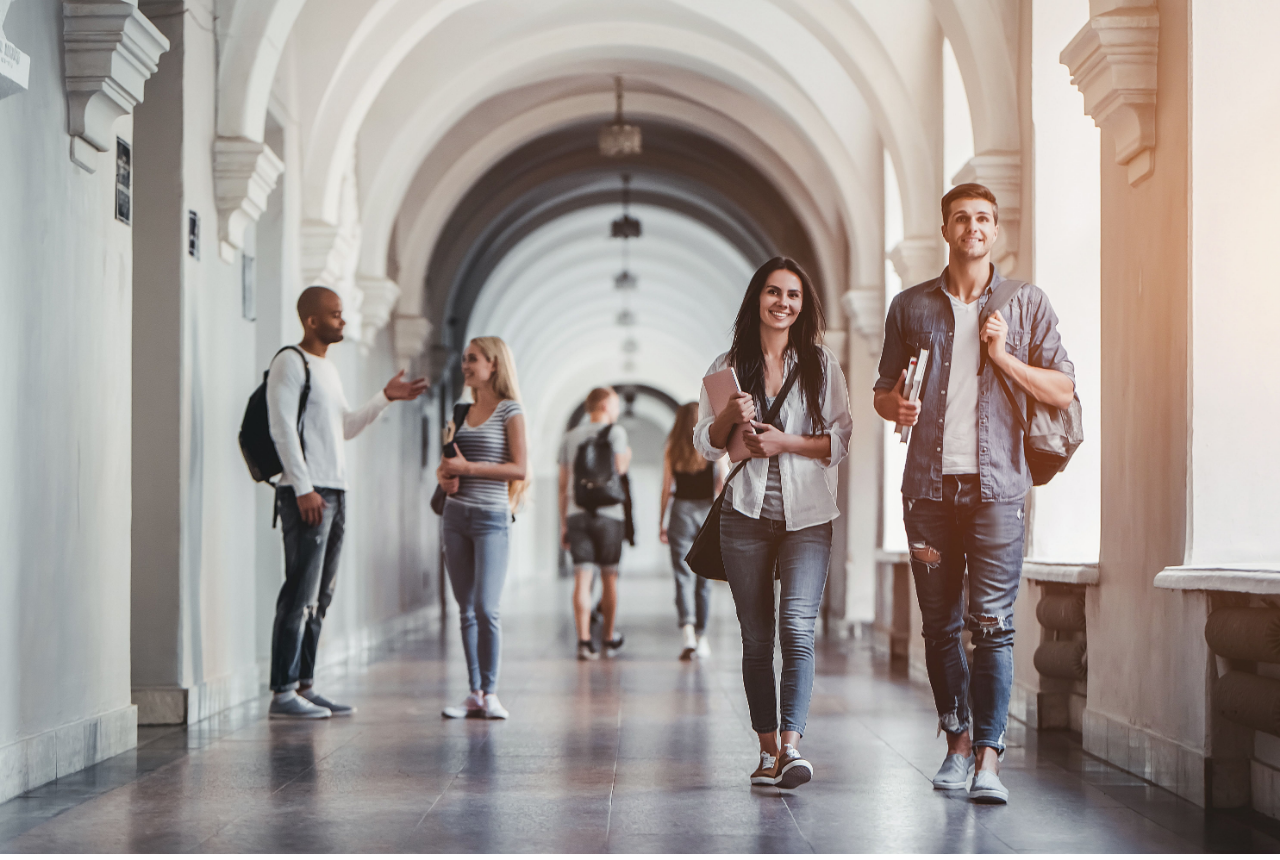
Repository: Burai919/samurai_HTML-CSS
Page: index3.html/home.html
The author's editor kept a record of every edit. The page is drawn from the files as they stood at one moment, then again after the next edit.
The browser window is 1280 px wide. The pictures show the whole page.

Above is the page before.

### index3.html/home.html
<!DOCTYPE html>
<html lang=" ja">
  <head>
    <meta charest="UTF-8">
    <title>HTML/CSSの学習</title>
    <link rel="stylesheet" href="stylesheet.css">
  </head>
  <body>
      <div id="header">
          <h1><a href="index.html"><img id="corridor" src="images/corridor.jpg" alt="大学の廊下" /></a></h1>

          </h1>
      </div>
    <div id="wrapper">
  </div>
 </body>
</html>

### index3.html/stylesheet.css
@charest "utf-8";

body {
      margin: 0;
      padding: 0;
      font-family: "ヒラギノ角ゴ　pro W3", "Hiragino Kaku Gothic Pro", "メイリオ", Meiryo, Osaka, "ＭＳ Ｐゴシック", "MS PGothic", sans-serif;
      color: #333;
      font-size: 13px;
      line-height: 150%;
}
/*---------------------wraper-----------------------------*/

#wraper {
      width: 100%;
      margin: auto;
      padding: 0px;
      border: 0px;
      background-color:#FFF;
      top: 10px;
      position: relative;
}

 /* -------------------- header -------------------- */
 #header {
 	width: 100%;
 }
 #header h1 {
 	 margin: 0;
	 padding: 0;
 }

 #corridor {
	 width: 100%;
	 height: auto;
 }
 /* -------------------- footer -------------------- */
 #footer {
 	 clear: both;
 	 width: 100%;
 	 padding: 3px 0 3px 0;
 	 background: #39F;
 	 color: #FFF;
 	 font-weight: bold;
 	 text-align: center;
 }

 /* -------------------- nav -------------------- */
 #nav {
	 width: 100%;
 }
 #nav ul {
    display: flex;
	 margin: 0;
	 padding: 0;
	 list-style-type: none;
 }
 #nav ul li {
	 width: 20%;
	 text-align: center;
 }
 #nav ul li a {
	 display: block;
	 height: 20px;
	 margin: 0;
	 padding: 10px;
	 color: #FFF;
	 font-size: 20px;
	 text-decoration: none;
	 background-color: green;
 }

 #nav ul li a:hover {
     filter: drop-shadow(10px 10px 10px black);
 }

 /* -------------------- container -------------------- */
 #container {
	 width: 100%;
	 margin: auto ;
	 padding: auto;
	 padding-top: 20px;
	 clear: both;
	 display: grid;
	 grid-template-columns: 70vw 30vw
 }
 /* -------------------- main -------------------- */
 #main {
     width: 95%;
	 padding: 10px 30px 10px 10px;
 }
 #main h2 {
	 margin: 0 0 10px 0;
	 padding: 3px 10px 3px 10px;
	 color: #FFF;
	 font-size: 16px;
	 border-left: solid 10px #C00;
	 background: #F90 url(../images/main_h2.jpg) right top repeat-y;
 }
 #main p {
	 margin: 0;
	 padding: 0;
 }
 #main .post {
	 margin: 0 0 30px 0;
 }

 #main .post img.right {
	 margin: 0 0 0 8px;
 }
 #main .post img.left {
	 margin: 0 8px 0 0;
 }

 .right {
	 float: right;
	 width: 40%;
	 height: auto;
 }
 .left {
	 float: left;
	 width: 40%;
	 height: auto;
 }

 /* -------------------- clearfix -------------------- */
 .clearfix {
	 zoom: 1;
 }
 .clearfix:after{
	 content: "";
	 display: block;
	 clear: both;
 }
 /* -------------------- side -------------------- */
 #side {
 	 width: 85%;
 	 padding: 20px;
 	 background-color: #F99;
 }
 #side .box {
 	 margin: 0 auto 30px auto;
 	 padding: 0 0 20px 0;
 	 background: url(images/side_box.png) bottom no-repeat;
 }
 #side .box h2 {
 	 margin: 0;
 	 padding: 8px;
 	 text-align: center;
 	 color: #fff;
 	 font-size: 16px;
 	 line-height: 16px;
 	 font-weight: normal;
 	 background: url(images/side_box_h2.png) center no-repeat;
 }
 #side .box .boxBody {
 	 padding: 8px;
 	 border-right: solid 1px #C36;
 	 border-bottom: solid 1px #C36;
 	 border-left: solid 1px #C36;
 	 background: #fff;
 }
 #side .box .boxBody ul {
 	 margin: 0 0 16px 0;
 	 padding: 0;
 }
 #side .box .boxBody ul li {
 	 padding: 8px 0 8px 4px;
 	 list-style: none;
 	 border-bottom: solid 1px #C36;
 }
  #side .box .boxBody ul li:hover {
         padding: 8px 0 8px 4px;
         list-style: none;
         border-bottom: solid 1px #c36;
         box-shadow: 0px 4px 4px rgba(0, 0, 0, 0.3);
  }

After the next edit:
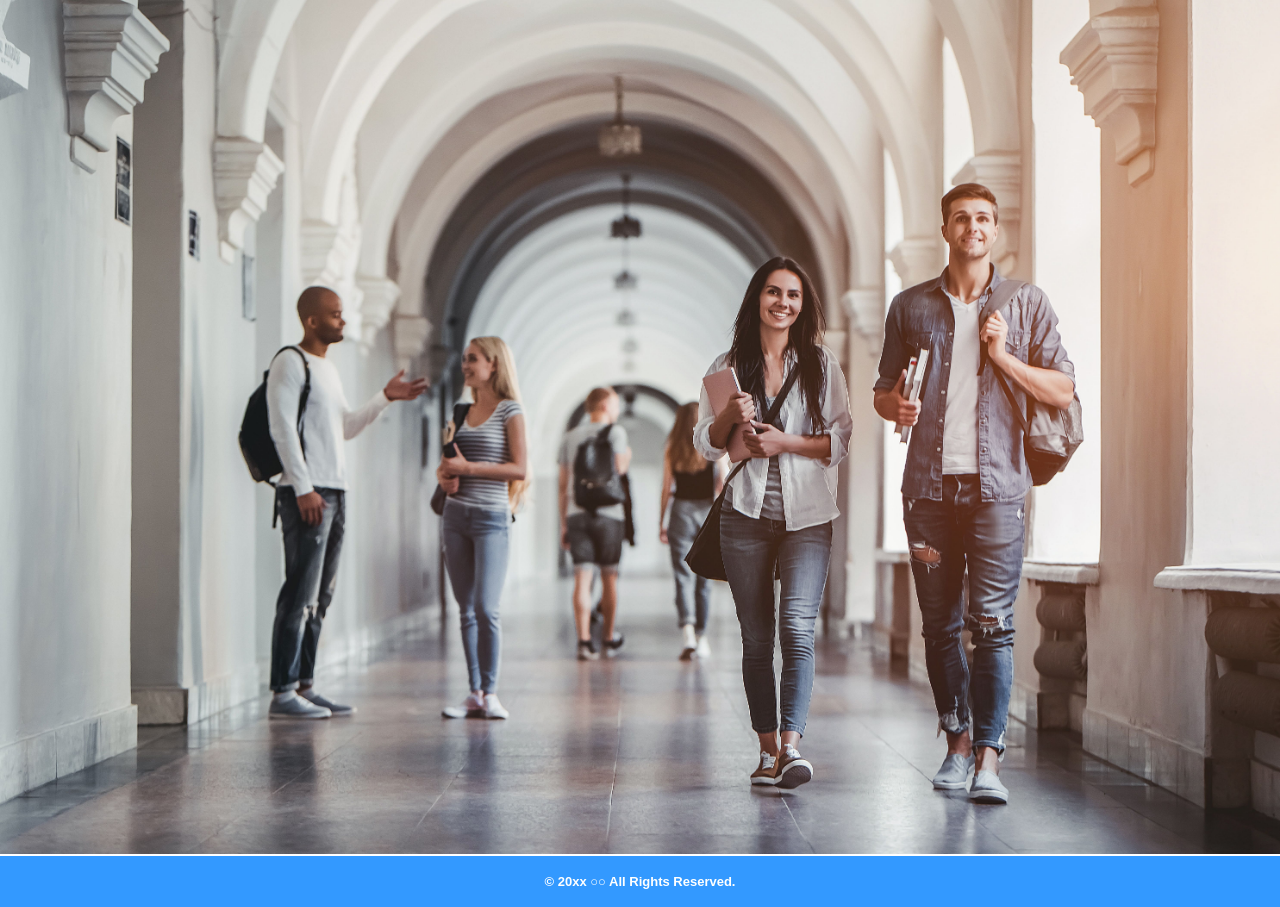
The edit:
--- a/index3.html/home.html
+++ b/index3.html/home.html
@@ -8,10 +8,11 @@
   <body>
       <div id="header">
           <h1><a href="index.html"><img id="corridor" src="images/corridor.jpg" alt="大学の廊下" /></a></h1>
-
-          </h1>
       </div>
     <div id="wrapper">
   </div>
+  <div id="footer">
+      <p>&copy; 20xx ○○ All Rights Reserved.</p>
+  </div>
  </body>
 </html>
